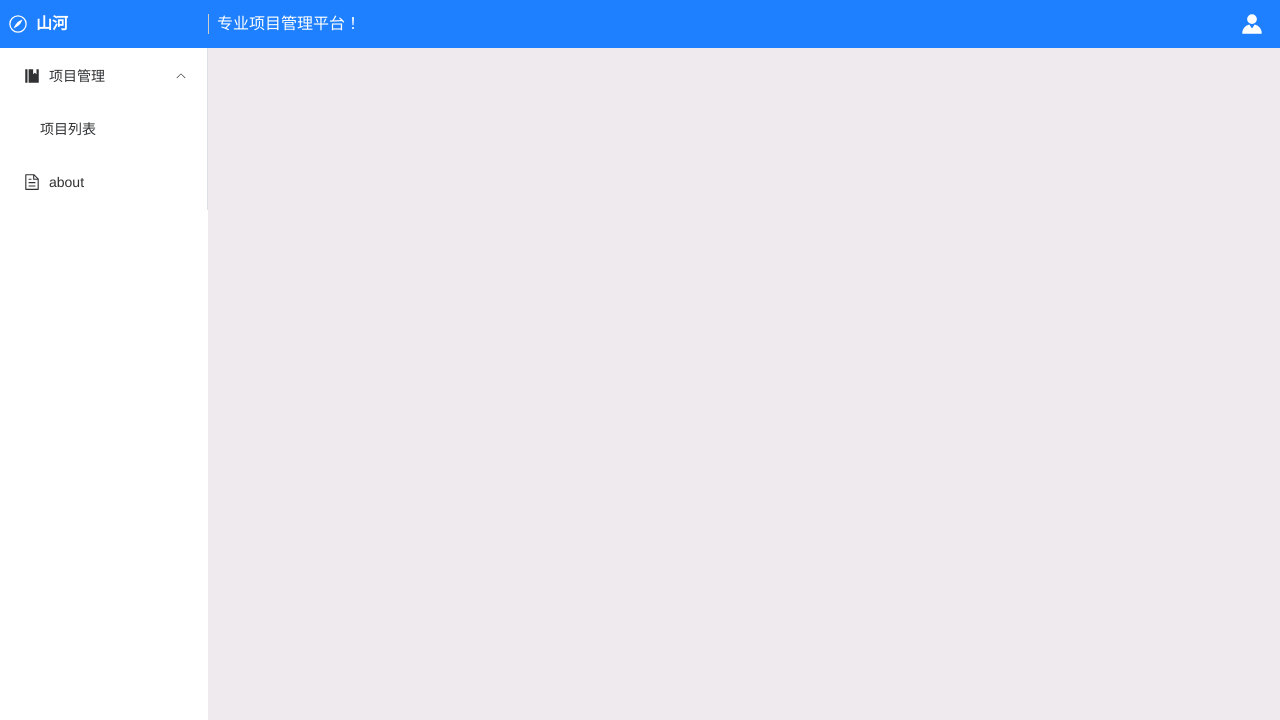
Repository: lucky-LoL735/lois
Page: / (app in vue3-project/)
An editor plug-in stored every save of this project. The page is shown before and after the next save, followed by the edit.
The browser window is 1280 px wide. The pictures show the whole page.
The project was rebuilt for these pictures with package versions that can differ from the ones it lists, and the page was loaded fresh each time. Also part of the build but not shown: vue3-project/vue.config.js.

Above is the page before, as saved 2022-11-25 11:01:43.

### vue3-project/src/main.js
import { createApp } from 'vue'
import App from './App.vue'
import router from './router'
import store from './store'
import ElementPlus from 'element-plus'
import 'element-plus/dist/index.css'

import * as ElementPlusIconsVue from '@element-plus/icons-vue'
const app = createApp(App)
app.use(ElementPlus)

for (const [key, component] of Object.entries(ElementPlusIconsVue)) {
  app.component(key, component)
}
app.use(store).use(router).mount('#app')

### vue3-project/src/App.vue
<template>
  <div class="container">
    <!-- 头部导航 -->
    <header>
      <div class="logo">
        <Compass style="width: 20px; height: 20px; margin-right: 8px" /><span>山河</span>
      </div>
      <div class="slogo">
        <p class="line"></p>
        <p class="slogo-content">专业项目管理平台！</p>
      </div>
      <div class="userinfo">
        <el-dropdown trigger="hover">
          <Avatar class="avatar" />
          <template #dropdown>
            <el-dropdown-menu>
              <el-dropdown-item>我的消息</el-dropdown-item>
              <el-dropdown-item>设置</el-dropdown-item>
              <el-dropdown-item divided>退出登录</el-dropdown-item>
            </el-dropdown-menu>
          </template>
        </el-dropdown>
      </div>

    </header>
    <!-- 左侧导航 -->
    <aside class="nav">
      <el-menu
      :default-openeds="['/']"
      :default-active="$route.path"
      router
      class="el-menu-vertical-demo"
      >
        <template v-for="item in $router.options.routes" :key="item.name">
          <el-sub-menu :index="item.path" v-if="item.children && item.children.length > 0">
            <template #title>
              <el-icon>
                <component :is="item.icon"></component>
              </el-icon>
              <span>{{ item.name }}</span>
            </template>
            <template v-for="child in item.children" :key="child.name">
              <el-menu-item :index="child.path">
                {{ child.name }}</el-menu-item>
            </template>
          </el-sub-menu>
          <el-menu-item :index="item.path" v-else>
            <el-icon>
              <document />
            </el-icon>
            <template #title>{{ item.name }}</template>
          </el-menu-item>
        </template>
      </el-menu>
    </aside>
    <!-- 面包屑 -->
    <aside class="content">
      <div class="breadcrumb">
        <el-breadcrumb separator="/">
          <template v-for="item in $route.meta.breadcrumb">
            <el-breadcrumb-item v-if="item.path" :key="item.name" :to="{ path: item.path }">{{ item.name }}
            </el-breadcrumb-item>
            <el-breadcrumb-item :key="item.name" v-else>{{
              item.name
              }}</el-breadcrumb-item>
          </template>
        </el-breadcrumb>
      </div>
      <div class="router-view">
        <router-view></router-view>
      </div>
    </aside>
  </div>
</template>

<style lang="scss">
* {
  margin: 0px;
  padding: 0px;
}
#app {
  font-family: Avenir, Helvetica, Arial, sans-serif;
  -webkit-font-smoothing: antialiased;
  -moz-osx-font-smoothing: grayscale;
  text-align: center;
  color: #2c3e50;
}
body {
  background-color: #efeaed;
}
</style>
<style scoped lang="scss">
.container {
  header {
    position: fixed;
    top: 0;
    height: 48px;
    line-height: 48px;
    width: 100%;
    background: #1e80ff;
    color: #fff;
    z-index: 1000;
    display: flex;

    .logo {
      height: 100%;
      width: 100%;
      display: flex;
      align-items: center;
      width: 200px;
      padding-left: 8px;
      font-weight: bold;

      span {
        font-size: 16px;
      }
    }

    .slogo {
      flex: 1;
      display: flex;
      align-items: center;

      p.line {
        height: 20px;
        background-color: #ccc;
        width: 1px;
      }

      p.slogo-content {
        margin-left: 8px;
        color: #fff;
      }
    }

    .userinfo {
      display: flex;
      align-items: center;
      padding-right: 16px;
      flex: 1;
      justify-content: flex-end;

      .avatar {
        width: 24px;
        height: 24px;
        cursor: pointer;
        color: #fff;
      }
    }

  }
     // 增加nav类
     .nav {
       position: fixed;
       top: 48px;
       background-color: #fff;
       bottom: 0;
       width: 208px;
     }
}
</style>

### vue3-project/src/router/index.js
import { createRouter, createWebHistory } from 'vue-router'
// import HomeView from '../views/HomeView.vue'

const routes = [
  {
    path: '/',
    icon: 'Management',
    name: '项目管理',
    component: null,
    // 添加路由元信息
    // 元信息用来生成面包屑导航
    meta: {
      breadcrumb: [{
        path: '',
        name: '项目管理'
      }]
    },
    children: [{
      path: '/list',
      component: null,
      name: '项目列表',
      meta: {
        breadcrumb: [{
          path: '',
          name: '项目管理'
        },
        {
          path: '/list',
          name: '项目列表'
        }]
      }
    }]
  },
  {
    path: '/about',
    name: 'about',
    // route level code-splitting
    // this generates a separate chunk (about.[hash].js) for this route
    // which is lazy-loaded when the route is visited.
    component: () => import(/* webpackChunkName: "about" */ '../views/AboutView.vue')
  }
]

const router = createRouter({
  history: createWebHistory(process.env.BASE_URL),
  routes
})

export default router

Loaded but not shown: vue3-project/public/index.html (common file); vue3-project/src/store/index.js (common file)

After the next save:
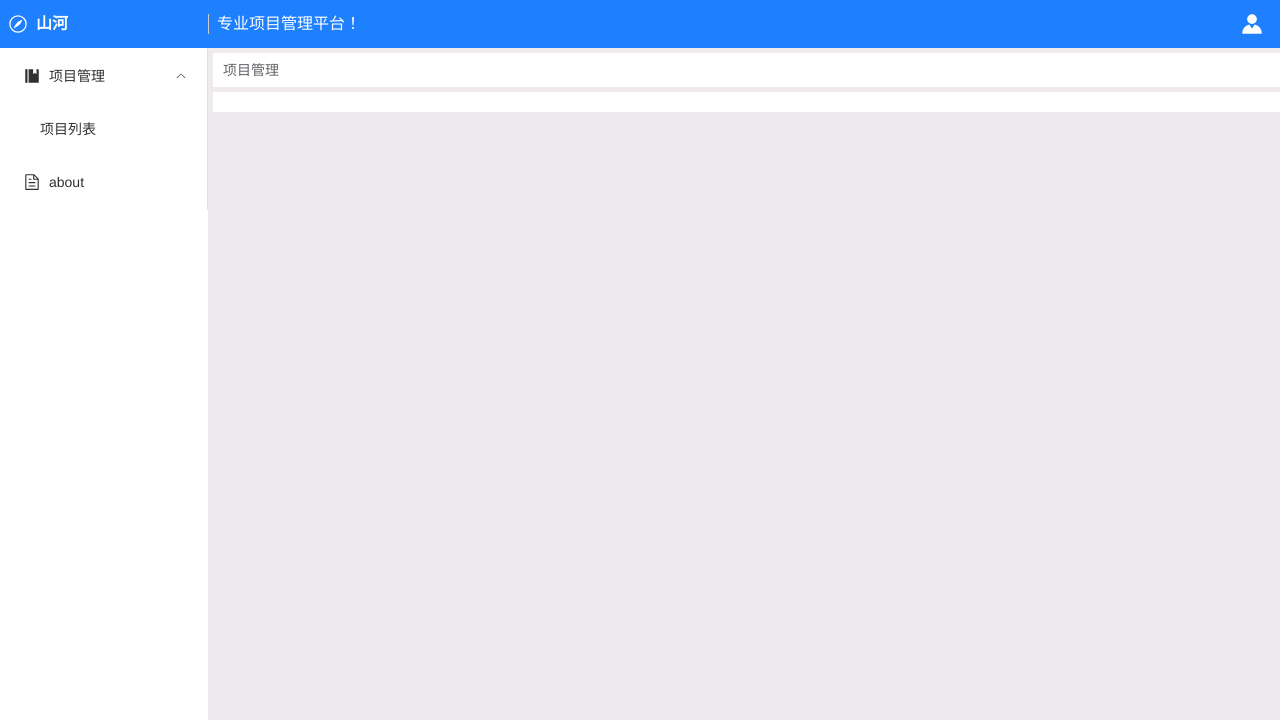
Saved 103 s later.
--- a/vue3-project/src/App.vue
+++ b/vue3-project/src/App.vue
@@ -150,12 +150,25 @@ body {
 
   }
      // 增加nav类
-     .nav {
+  .nav {
        position: fixed;
        top: 48px;
        background-color: #fff;
        bottom: 0;
        width: 208px;
-     }
+  }
+  .content {
+    margin-left: 213px;
+    margin-top: 53px;
+    .breadcrumb {
+      margin-bottom: 5px;
+      background-color: #fff;
+      padding: 10px;
+    }
+    .router-view {
+      background-color: #fff;
+      padding: 10px;
+    }
+  }
 }
 </style>
